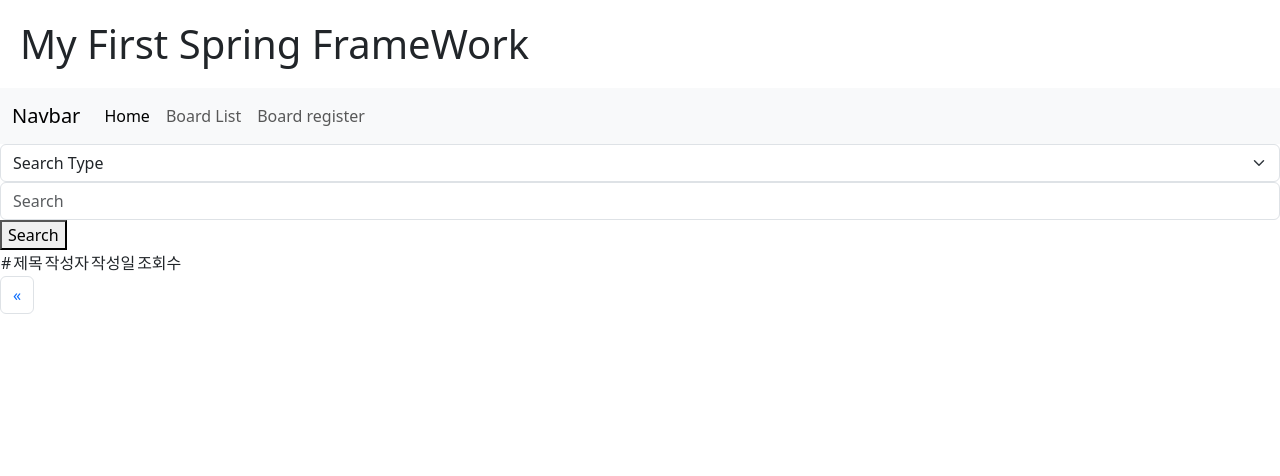
Repository: Leesunghoon1/springh
Page: http://localhost/springProject/WEB-INF/views/board/list.jsp
The author's editor kept a copy of each file at every save. The page is drawn from the files as they stood at one save, then again after the next save.
The browser window is 1280 px wide. The pictures show the whole page.
The page is served by Tomcat 9. Nobody is signed in. The template is opened directly, without the code that normally fills it, so the values that code supplies are empty.

Above is the page before, as saved 2023-11-02 10:19:46.

After the next save:
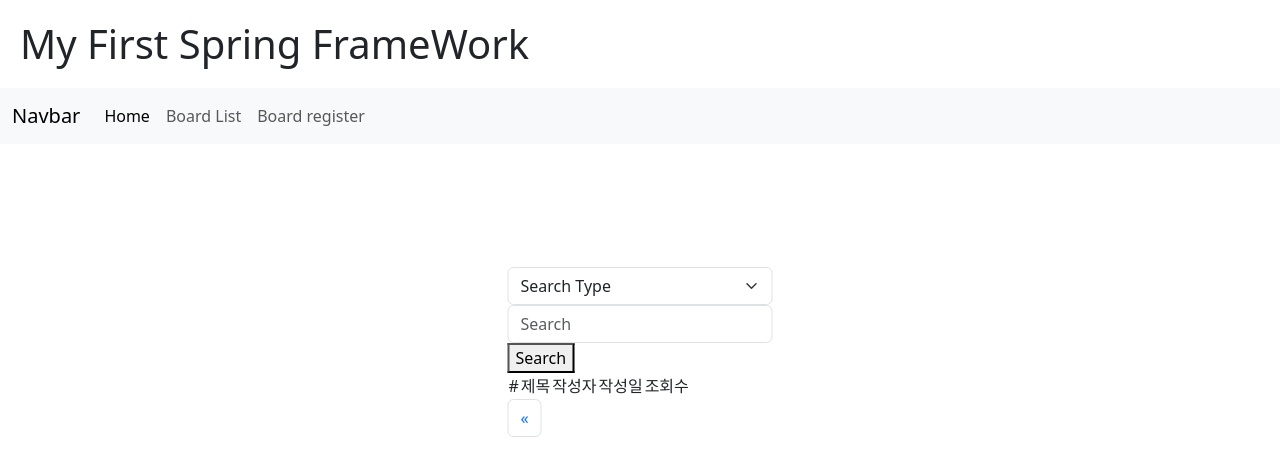
Saved 19 s later.
--- a/springProject/src/main/webapp/WEB-INF/views/board/list.jsp
+++ b/springProject/src/main/webapp/WEB-INF/views/board/list.jsp
@@ -13,7 +13,7 @@
 
 
 
-	<div >
+	<div class="position-absolute top-50 start-50 translate-middle">
 		<form action="/board/list">
 			<div class="search-box">
 				<!-- 검색영역 -->
@@ -42,7 +42,7 @@
 				<div>
 					<button	type="submit">
 						Search <span
-							>
+							class="position-absolute top-0 start-100 translate-middle badge rounded-pill text-bg-Light">
 							${ph.totalCount} <span class="visually-hidden">unread
 								messages</span>
 						</span>
